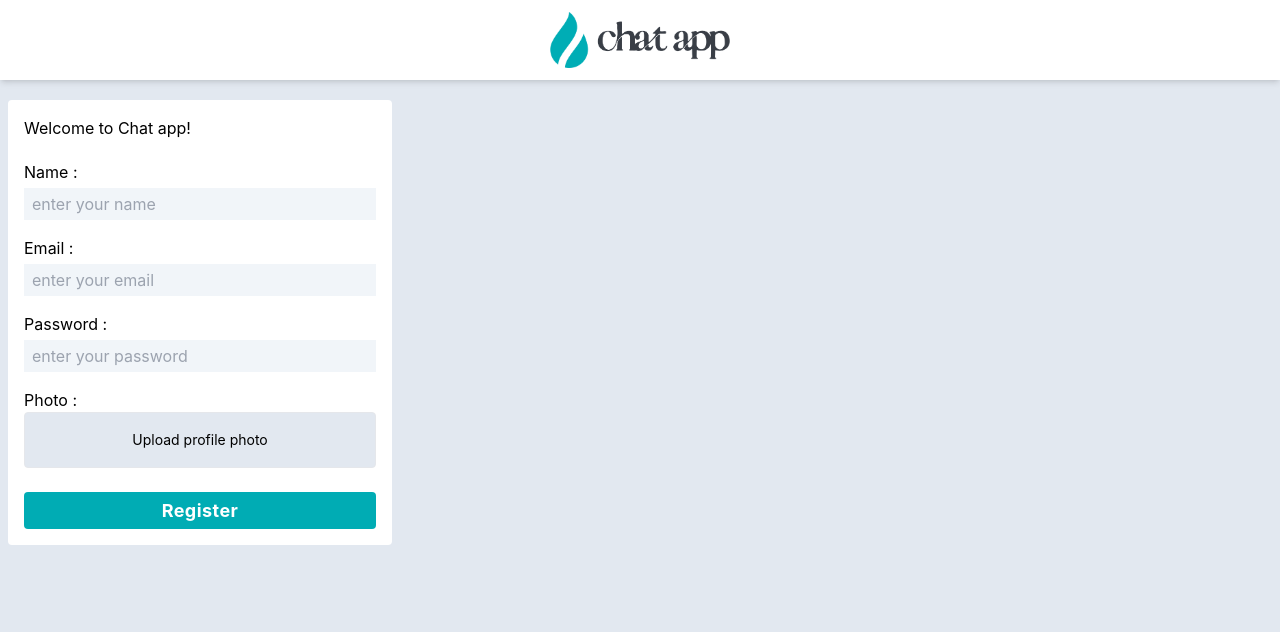
Repository: TharsikanV/chat-app
Page: /register (app in client/)
These files come from the project's save history. The page is drawn as it stood at one moment and after a run of saves; the edit follows.
The browser window is 1280 px wide. The pictures show the whole page.
The project was rebuilt for these pictures with package versions that can differ from the ones it lists, and the page was loaded fresh each time. Also part of the build but not shown: client/src/App.css, client/src/pages/Home.js, client/src/components/MessagePage.js. Imported but missing from the stored project, and not drawn on this page: client/src/pages/CheckEmailPage, client/src/pages/CheckPasswordPage.

Above is the page before, as saved 2024-06-16 23:04:09.

### client/src/index.js
import React from 'react';
import ReactDOM from 'react-dom/client';
import './index.css';
import App from './App';
import reportWebVitals from './reportWebVitals';
import { RouterProvider } from 'react-router-dom';
import router from './routes';

const root = ReactDOM.createRoot(document.getElementById('root'));
root.render(
  <React.StrictMode>
    <RouterProvider router={router}>
      <App />
    </RouterProvider>
  </React.StrictMode>
);

// If you want to start measuring performance in your app, pass a function
// to log results (for example: reportWebVitals(console.log))
// or send to an analytics endpoint. Learn more: https://bit.ly/CRA-vitals
reportWebVitals();

### client/src/index.css
@tailwind base;
@tailwind components;
@tailwind utilities;
body {
  margin: 0;
  font-family: -apple-system, BlinkMacSystemFont, 'Segoe UI', 'Roboto', 'Oxygen',
    'Ubuntu', 'Cantarell', 'Fira Sans', 'Droid Sans', 'Helvetica Neue',
    sans-serif;
  -webkit-font-smoothing: antialiased;
  -moz-osx-font-smoothing: grayscale;
  @apply bg-slate-200
}

code {
  font-family: source-code-pro, Menlo, Monaco, Consolas, 'Courier New',
    monospace;
}

### client/src/App.js
import { Outlet } from 'react-router-dom';
import './App.css';

function App() {
  return (
   <main>
    <Outlet/>
   </main>
  );
}

export default App;

### client/src/routes/index.js
import { createBrowserRouter } from "react-router-dom";
import App from "../App";
import RegisterPage from "../pages/RegisterPage";
import CheckEmailPage from "../pages/CheckEmailPage";
import CheckPasswordPage from "../pages/CheckPasswordPage";
import Home from "../pages/Home";
import MessagePage from "../components/MessagePage";
import AuthLayouts from "../layout";

const router=createBrowserRouter([
    {
        path:"/",
        element:<App/>,
        children:[
            {
                path:"register",
                element:<AuthLayouts><RegisterPage/></AuthLayouts>
            },
            {
                path:'email',
                element:<AuthLayouts><CheckEmailPage/></AuthLayouts>
            },
            {
                path:'password',
                element:<AuthLayouts><CheckPasswordPage/></AuthLayouts>
            },
            {
                path:"",
                element:<Home/>,
                children:[
                    {
                        path:':userId',
                        element:<MessagePage/>
                    }
                ]
            }
        ]
    }
])


export default router

### client/src/pages/RegisterPage.js
import React, { useState } from 'react'
import { IoClose } from "react-icons/io5";

const RegisterPage = () => {
  const [data,setData] = useState({
    name : "",
    email : "",
    password : "",
    profile_pic : ""
  })
  const [uploadPhoto,setUploadPhoto] = useState("")
  const handleOnChange = (e)=>{
    const { name, value} = e.target

    setData((preve)=>{
      return{
          ...preve,
          [name] : value
      }
    })
  }

  const handleUploadPhoto=(e)=>{
    const file=e.target.files[0]

    setUploadPhoto(file)
  }

  const handleClearUploadPhoto=(e)=>{
    e.stopPropagation()
    e.preventDefault()
    setUploadPhoto(null)
  }

  const handleSubmit=(e)=>{
    e.preventDefault()
    e.stopPropagation()
  }

  return (
    <div className='mt-5'>
      <div className='bg-white w-full max-w-sm  rounded overflow-hidden p-4 mx-2'>
        <h3>Welcome to Chat app!</h3>
        <form className='grid gap-4 mt-5' onSubmit={handleSubmit}>
        <div  className='flex flex-col gap-1'>
          <label htmlFor='name'>Name :</label>
          <input
            type='text'
            id='name'
            name='name'
            placeholder='enter your name'
            className='bg-slate-100 px-2 py-1 focus:outline-primary'
            value={data.name}
            onChange={handleOnChange}
            required
          />
        </div>
        <div className='flex flex-col gap-1'>
                <label htmlFor='email'>Email :</label>
                <input
                  type='email'
                  id='email'
                  name='email'
                  placeholder='enter your email'
                  className='bg-slate-100 px-2 py-1 focus:outline-primary'
                  value={data.email}
                  onChange={handleOnChange}
                  required
                />
              </div>

              <div className='flex flex-col gap-1'>
                <label htmlFor='password'>Password :</label>
                <input
                  type='password'
                  id='password'
                  name='password'
                  placeholder='enter your password'
                  className='bg-slate-100 px-2 py-1 focus:outline-primary'
                  value={data.password}
                  onChange={handleOnChange}
                  required
                />
              </div>
              <div className='flex flex-col gap-1'>
                <label htmlFor='profile_pic'>Photo :
                <div className='h-14 bg-slate-200 flex justify-center items-center rounded border hover:border-primary cursor-pointer'>
                  <p className='text-sm max-w-[300px] text-ellipsis line-clamp-1'>
                    {
                      uploadPhoto?.name ? uploadPhoto?.name : "Upload profile photo"
                    }
                  </p>
                  {
                    uploadPhoto?.name && (
                      <button className='text-lg ml-2 hover:text-red-600' onClick={handleClearUploadPhoto}>
                        <IoClose/>
                      </button>
                    )
                  }

                </div>
                </label>

                <input
                  type='file'
                  id='profile_pic'
                  name='profile_pic'
                  className='bg-slate-100 px-2 py-1 focus:outline-primary hidden'
                  onChange={handleUploadPhoto}
                />
              </div>

              <button className='bg-primary text-lg px-4 py-1 hover:bg-secondary rounded mt-2 font-bold text-white leading-relaxed tracking-wide'>
                  Register
              </button>
      </form>

      </div>

    </div>
  )
}

export default RegisterPage

### client/src/layout/index.js
import React from 'react'
import logo from '../assets/logo.png'

const AuthLayouts = ({children}) => {
  return (
    <>
        <header className='flex justify-center items-center py-3 h-20 shadow-md bg-white'>
            <img
              src={logo}
              alt='logo'
              width={180}
              height={60}
            />
        </header>
        { children }
    </>
  )
}

export default AuthLayouts

### client/tailwind.config.js
/** @type {import('tailwindcss').Config} */
module.exports = {
  content: [
    "./src/**/*.{js,jsx,ts,tsx}",
  ],
  theme: {
    extend: {
      colors:{
        primary:"#00acb4",
        secondary:"#058187"
      }
    },
  },
  plugins: [],
}

Loaded but not shown: client/public/index.html (common file); client/src/reportWebVitals.js (common file)

After the next 3 saves:
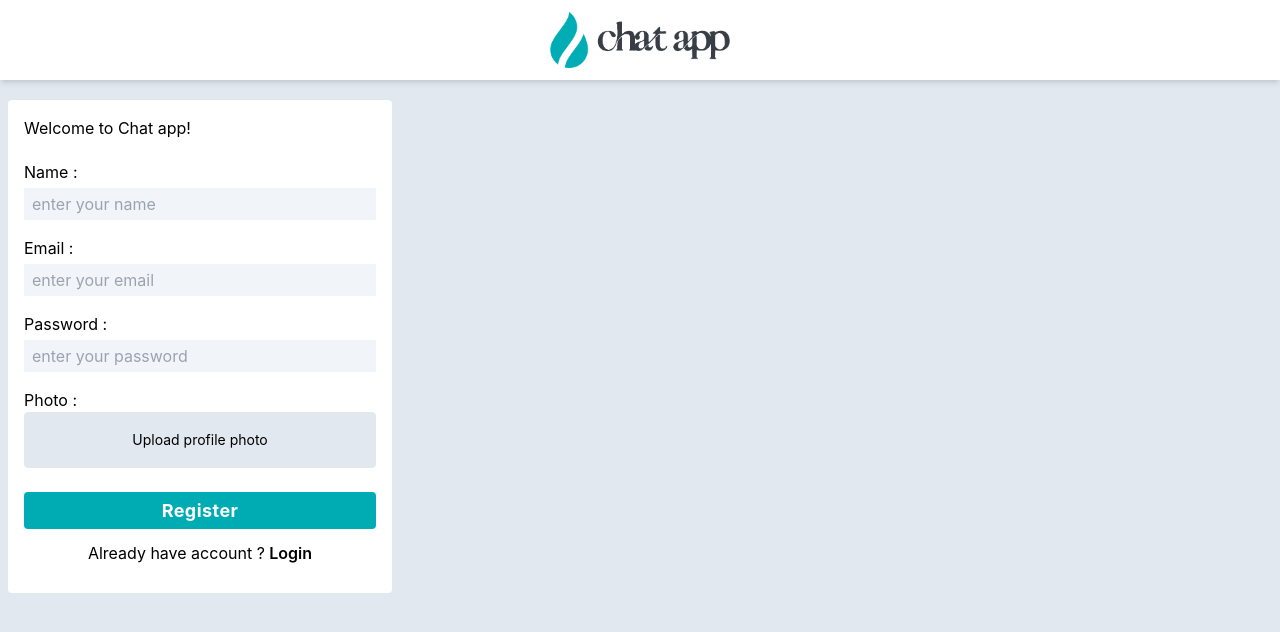
The 3 saves are shown as one change because 1 did not build or start and some came seconds apart.
The last was saved 44 s later.
--- a/client/src/pages/RegisterPage.js
+++ b/client/src/pages/RegisterPage.js
@@ -1,5 +1,6 @@
 import React, { useState } from 'react'
 import { IoClose } from "react-icons/io5";
+import { Link } from 'react-router-dom';
 
 const RegisterPage = () => {
   const [data,setData] = useState({
@@ -114,7 +115,7 @@ const RegisterPage = () => {
                   Register
               </button>
       </form>
-
+      <p className='my-3 text-center'>Already have account ? <Link to={"/email"} className='hover:text-primary font-semibold'>Login</Link></p>
       </div>
 
     </div>
